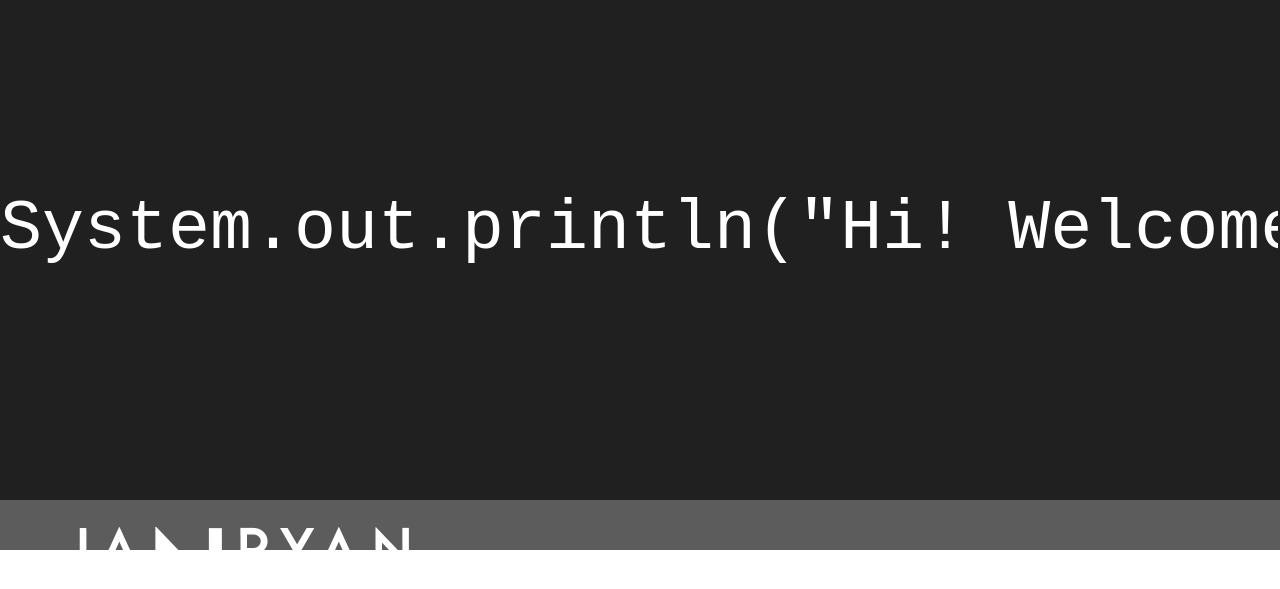
Repository: janry-gracia/Divinagracia_FinalProject
Page: Pages/storyofmylife.html
An editor plug-in stored every save of this project. The page is shown before and after the next save, followed by the edit.
The browser window is 1280 px wide. The pictures show the whole page.

Above is the page before, as saved 2021-05-18 00:27:02.
Console error: TypeError: Cannot read properties of null (reading 'addEventListener')

### Pages/storyofmylife.html
<!DOCTYPE html>
<html lang="en">
<head>
    <meta charset="UTF-8">
    <meta http-equiv="X-UA-Compatible" content="IE=edge">
    <meta name="viewport" content="width=device-width, initial-scale=1.0">
    <title>Story of My Life</title>
    <link rel="stylesheet" href="/css/bootstrap.css">
    <link rel="stylesheet" href="/css/storyofmylife.css">
</head>
<body>

    <div class="container-fluid ">

        <div class="container-fluid message">
            <p class="message typewriter">System.out.println("Hi! Welcome to my LIFE.")</p>
        </div>

        <nav class="nav navbar-expand-md position-sticky">
            <div class="container-fluid">
                <a href="#" class="navbar-brand"><img src="/Pictures/logo.png" alt="Picture of My logo" width="500"></a>
            </div>
        </nav>




    </div>


    <script src ="/js/jquery-3.6.0.min.js"></script>
    <script src="/js/bootstrap.js"></script>
    <script src="/js/script.js"></script>

</body>
</html>

### css/storyofmylife.css
@import url('https://fonts.googleapis.com/css2?family=Fira+Code:wght@300;400;500&display=swap');

*{
    padding: 0;
    margin: 0;
    box-sizing: border-box;
}

html, body{
    height: 100%;
    width: 100%;
    overflow: hidden;

}

.container-fluid{
    padding: 0;
    margin: 0;
    box-sizing: border-box;
}

div.message{
    height: 500px;
    background-color: rgb(32, 32, 32);
    text-align: center;

}

p.message{
    margin-top: 180px;
    font-family: 'Fire Code', monospace;
    font-size: 5em;
    font-weight: 200;
    color: white;
    border-right: solid 2px rgb(255, 255, 255);
    white-space: nowrap;
    overflow: hidden;
    animation: animated-text 4s steps(45,end) 1s 1 normal both ,
               animated-cursor 1000ms steps(45,end) infinite alternate;
}

.nav{
    background-color: rgb(92, 92, 92);
}



  /* Animation */
  @keyframes animated-text{
    from{width: 0%;}
    to{width: 100%;}
  }

  /* cursor animations */

  @keyframes animated-cursor{
    from{border-right-color: rgb(255, 255, 255);}
    to{border-right-color: transparent;}
  }

### js/script.js
let btn1= document.querySelector(".box1");
let btn2 = document.querySelector(".box2");
let text = document.querySelector(".greeting");
let frontpage = document.querySelector(".frontpage");
let secondpage = document.querySelector(".secondpage");
let button = document.querySelector(".button");
let logo = document.querySelector(".logo");



btn1.addEventListener("click", function() {
    btn1.classList.add("box1transition");
    btn1.style.transition = "transform 3s";
    btn2.classList.add("box2transition");
    btn2.style.transition = "transform 3s";
    text.style.animationName = "hidecontent";

    setTimeout(function () {
        window.open('Pages/backpage.html', '_self');
    }, 2500);

});


btn2.addEventListener("click", function() {
    btn1.classList.add("box1transition");
    btn1.style.transition = "transform 3s";
    btn2.classList.add("box2transition");
    btn2.style.transition = "transform 3s";
    text.style.animationName = "hidecontent";
    setTimeout(function () {
        window.open('Pages/backpage.html', '_self');
    }, 2500);

});


text.addEventListener("click", function() {
    btn1.classList.add("box1transition");
    btn1.style.transition = "transform 3s";
    btn2.classList.add("box2transition");
    btn2.style.transition = "transform 3s";
    text.style.animationName = "hidecontent";
    setTimeout(function () {
        window.open('Pages/backpage.html', '_self');
    }, 2500);

});

Loaded but not shown: css/bootstrap.css (library); js/jquery-3.6.0.min.js (library); js/bootstrap.js (library)

After the next save:
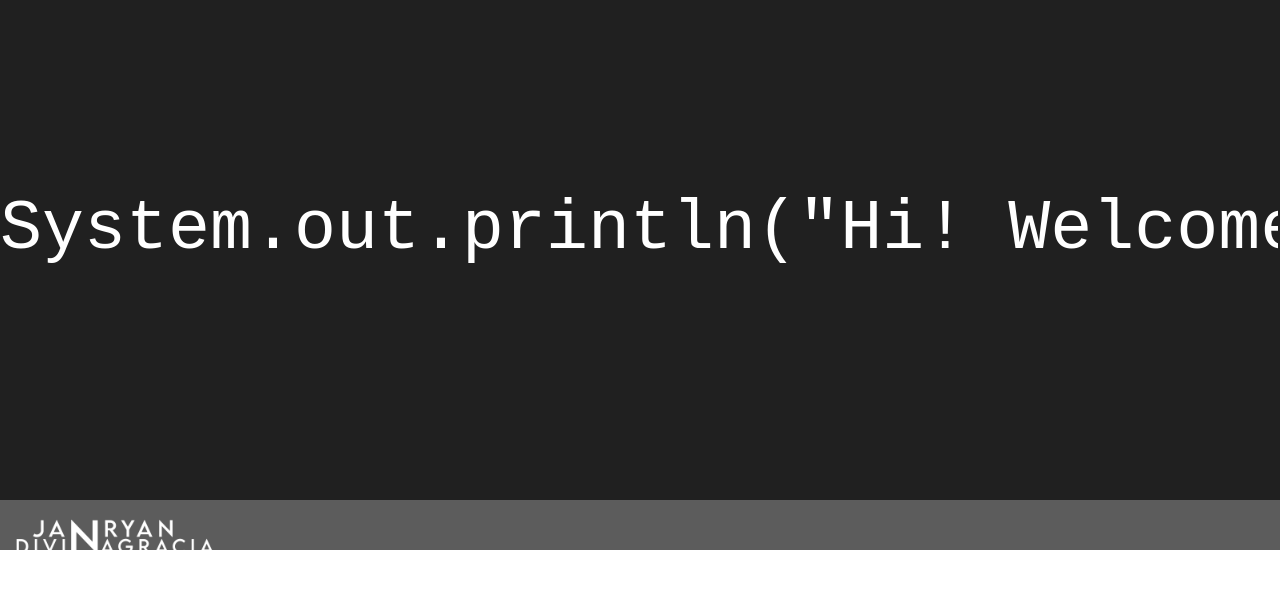
Saved 7 s later.
--- a/Pages/storyofmylife.html
+++ b/Pages/storyofmylife.html
@@ -18,7 +18,7 @@
 
         <nav class="nav navbar-expand-md position-sticky">
             <div class="container-fluid">
-                <a href="#" class="navbar-brand"><img src="/Pictures/logo.png" alt="Picture of My logo" width="500"></a>
+                <a href="#" class="navbar-brand"><img src="/Pictures/logo.png" alt="Picture of My logo" width="200"></a>
             </div>
         </nav>
 
